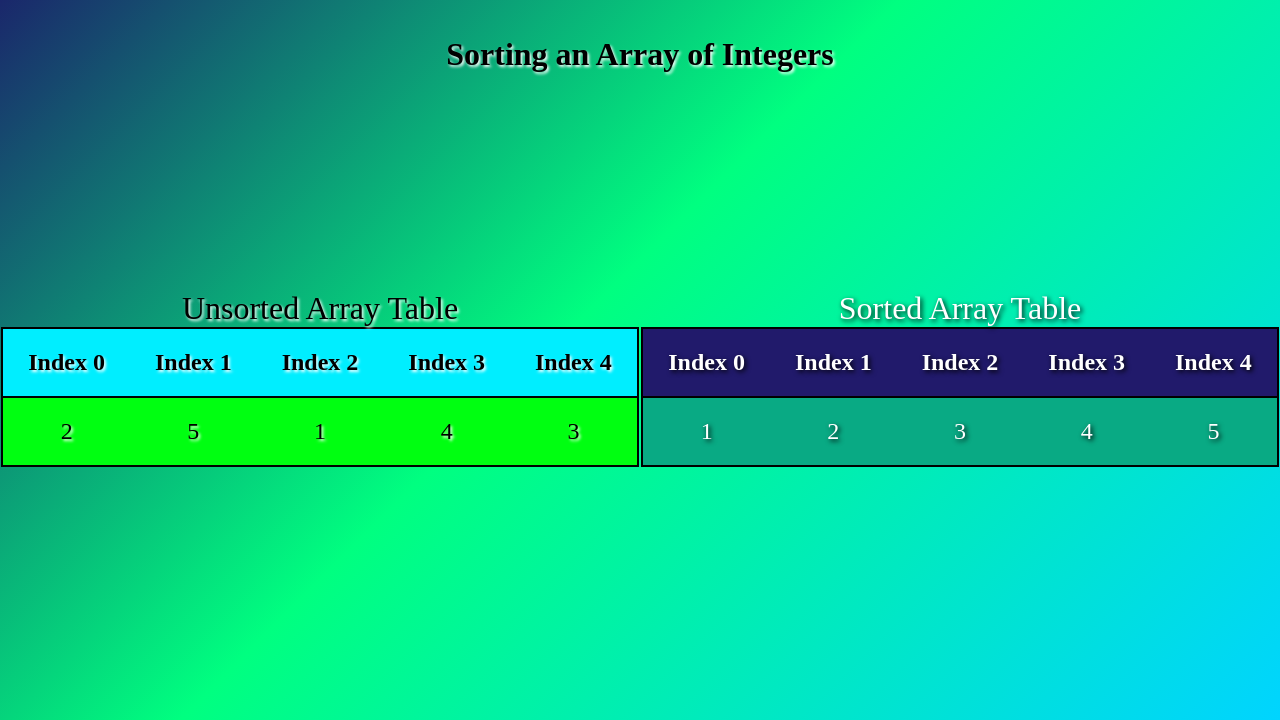
Repository: mlmEFSC21/P16-Sorting-Integers
Page: sort.html
The author's editor kept a copy of each file at every save. The page is drawn from the files as they stood at one save, then again after the next save.
The browser window is 1280 px wide. The pictures show the whole page.

Above is the page before, as saved 2022-03-25 13:40:00.

After the next save:
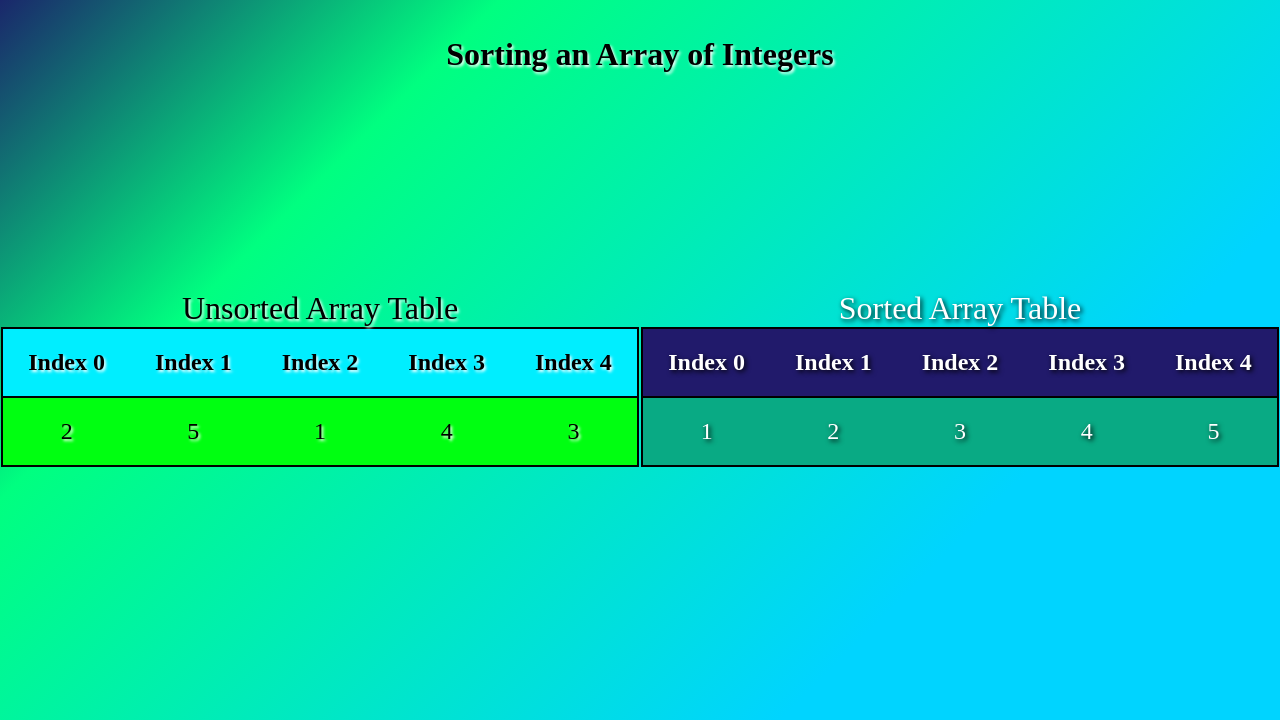
Saved 42 s later.
--- a/sort.css
+++ b/sort.css
@@ -21,8 +21,8 @@ body {
     background: linear-gradient(
         135deg,
         rgba(26, 39, 107, 1) 0%,
-        rgba(0, 255, 128, 1) 45%,
-        rgba(0, 212, 255, 1) 100%
+        rgba(0, 255, 128, 1) 25%,
+        rgba(0, 212, 255, 1) 75%
     );
     height: 100vh;
 }
